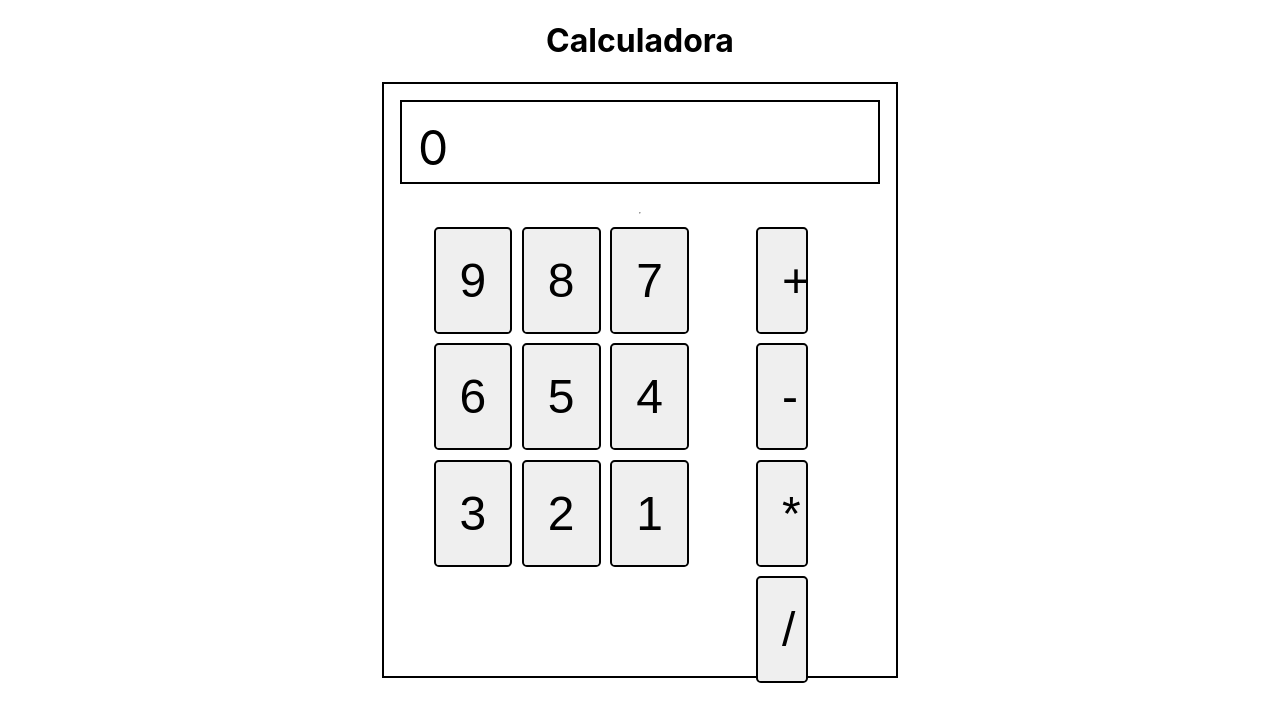
Repository: yamaka/curso-react-febrero-2022
Page: /
An editor plug-in stored every save of this project. The page is shown before and after the next save, followed by the edit.
The browser window is 1280 px wide. The pictures show the whole page.
The project was rebuilt for these pictures with package versions that can differ from the ones it lists, and the page was loaded fresh each time. Also part of the build but not shown: src/App.css, src/components/Zanahoria/Zanahoria.css, src/components/Zanahoria/Zanahoria.js, src/components/Zanahorias/Zanahorias.js, src/components/Lechuga/Lechuga.css, src/components/Lechuga/Lechuga.js, src/components/Calculadora/Calculadora.css, src/components/Calculadora/Calculadora.js and 4 more.

Above is the page before, as saved 2022-03-02 18:27:57.

### src/index.js
import React from 'react';
import ReactDOM from 'react-dom';
import './index.css';
import App from './App';
import reportWebVitals from './reportWebVitals';

ReactDOM.render(
  <React.StrictMode>
    <App />
  </React.StrictMode>,
  document.getElementById('root')
);

// If you want to start measuring performance in your app, pass a function
// to log results (for example: reportWebVitals(console.log))
// or send to an analytics endpoint. Learn more: https://bit.ly/CRA-vitals
reportWebVitals();

### src/App.js
import logo from './logo.svg';
import './App.css';
import Zanahorias from './components/Zanahorias/Zanahorias';
import Lechuga from './components/Lechuga/Lechuga';
import Calculadora from './components/Calculadora/Calculadora';
import CiclosVida from './components/CiclosVida/CiclosVida';
import CalculadoraHooks from './hooks/Calculadora/Calculadora'

function App() {
  return (
    <div style={{
      display: 'flex',
      flexDirection: 'column',
      justifyContent: 'center',
      alignItems: 'center'
    }}>
      {/* componentes sin estado  */}
      {/* <h1>Componentes sin estado  funcionales</h1>
      <h2>Verduleria</h2>
      <Zanahorias titulo={"zanahorias super economicas"} cantidad={3} />  */}
        {/* hacer lo mismo con lechugas */}
      {/* componentes con estado */}
      {/* <h1>componentes con estado como clase</h1>
      <Calculadora/> */}
      {/* <CiclosVida/> */}
      <CalculadoraHooks/>
    </div>
  );
}

export default App;

### src/hooks/Calculadora/Calculadora.js
//componentes como funcionales con estado
import React, { useState } from "react";
import Input from "../components/Input/Input";
import BotonNumerico from "../components/BotonNumerico/BotonNumerico";
import BotonOperacion from "../components/BotonOperacion/BotonOperacion";
import BotonIgual from "../components/BotonIgual/BotonIgual";

import "./Calculadora.css";

const Calculadora = () => {
  const [display, setDisplay] = useState("0");
  const [operandoA, setOperandoA] = useState(0);
  const [operandoB, setOperandoB] = useState(0);
  const [operacion, setOperacion] = useState("+");

  const onPressNumerico = (numero) => {
    if (operandoA == 0) {
      setOperandoA(numero);
      setDisplay(numero);
    } else {
      setOperandoB(numero);
      setDisplay(display + numero);
    }
  };

  const onPressOperacion = (operacion) => {
    setOperacion(operacion);
    setDisplay(display + operacion);
  };

  const calcular = () => {
    switch (operacion) {
      case "+":
        setDisplay((parseInt(operandoA) + parseInt(operandoB)).toString());
    }
  };

  return (
    <div className="container">
      <h1>Calculadora</h1>
      <div className="calculadora-container">
        <Input value={display} />
        <br />
        <hr />
        <div
          style={{
            display: "flex",
            flex: 1,
            flexDirection: "row",
            justifyContent: "space-around",
          }}
        >
          <div
            style={{ display: "flex", flexDirection: "column", width: "265px" }}
          >
            <div style={{ display: "flex", flexDirection: "row" }}>
              <BotonNumerico value="9" onPress={onPressNumerico} />
              <BotonNumerico value="8" onPress={onPressNumerico} />
              <BotonNumerico value="7" onPress={onPressNumerico} />
            </div>
            <div style={{ display: "flex", flexDirection: "row" }}>
              <BotonNumerico value="6" onPress={onPressNumerico} />
              <BotonNumerico value="5" onPress={onPressNumerico} />
              <BotonNumerico value="4" onPress={onPressNumerico} />
            </div>
            <div style={{ display: "flex", flexDirection: "row" }}>
              <BotonNumerico value="3" onPress={onPressNumerico} />
              <BotonNumerico value="2" onPress={onPressNumerico} />
              <BotonNumerico value="1" onPress={onPressNumerico} />
            </div>
          </div>
          <div
            style={{ display: "flex", flexDirection: "column", width: "100px" }}
          >
            <BotonOperacion operator="+" onPress={onPressOperacion} />
            <BotonOperacion operator="-" onPress={onPressOperacion} />
            <BotonOperacion operator="*" onPress={onPressOperacion} />
            <BotonOperacion operator="/" onPress={onPressOperacion} />
          </div>
        </div>
      </div>
    </div>
  );
};

export default Calculadora;

### src/hooks/components/Input/Input.js
import React from 'react'
import './Input.css'
//tarea que los numeros introduciodps vayan a la derecha

const Input = ({value}) => {
  return (
    <div className='input-container'><span>{value}</span></div>
  )
}

export default Input

### src/hooks/components/BotonNumerico/BotonNumerico.js
import React from 'react'
import './BotonNumerico.css';
const BotonNumerico = ({value, onPress}) => {
  return (
    <button className='boton-numerico' onClick={()=>onPress(value)}>{value}</button>
  )
}

export default BotonNumerico

### src/hooks/components/BotonOperacion/BotonOperacion.js
import React from 'react'
import './BotonOperacion.css';

const BotonOperacion = ({operator, onPress}) => {
  return (
    <button className='boton-operacion' onClick={()=> onPress(operator)}>{operator}</button>
  )
}

export default BotonOperacion

### src/hooks/Calculadora/Calculadora.css

.container{
    display: flex;
    flex: 1;
    flex-direction: column;
    align-items: center;

}
.calculadora-container{
    padding: 1rem;
    border: solid 1px;
    border-width: 2px;
    display: flex;
    flex-direction: column;
    width: 30rem;
    height: 35rem;
}

### src/hooks/components/Input/Input.css
.input-container{
    border: solid 1px;
    border-width: 2px;
    height: 3rem;
    font-size: 3rem;
    padding: 1rem;
}

### src/hooks/components/BotonNumerico/BotonNumerico.css
.boton-numerico {
  border: solid 2px;
  padding: 1.5rem;
  border-radius: 0.3rem;
  font-size: 3rem;

  margin: 0.3rem;
}

### src/hooks/components/BotonOperacion/BotonOperacion.css
.boton-operacion {
  border: solid 2px;
  padding: 1.5rem;
  border-radius: 0.3rem;
  font-size: 3rem;

  width: 1rem;
  margin: 0.3rem;
}

Loaded but not shown: public/index.html (common file); src/index.css (common file); src/reportWebVitals.js (common file)

After the next save:
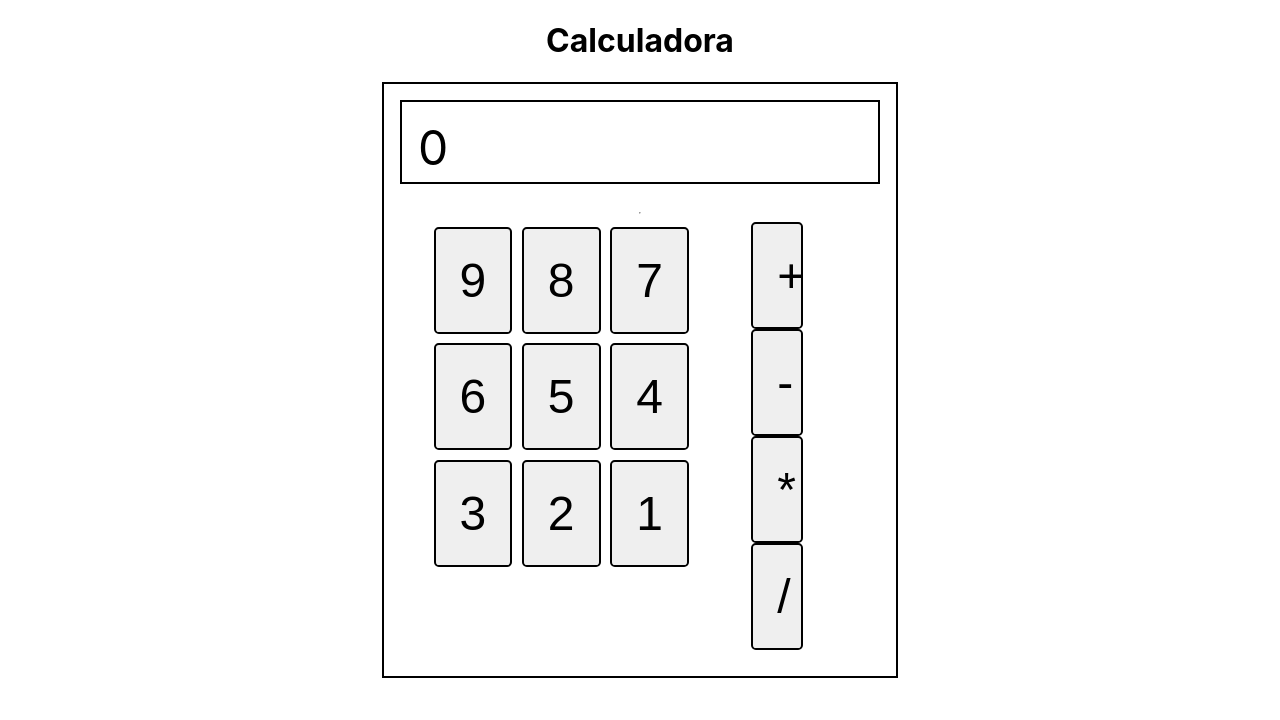
Saved 10 s later.
--- a/src/hooks/components/BotonOperacion/BotonOperacion.css
+++ b/src/hooks/components/BotonOperacion/BotonOperacion.css
@@ -5,5 +5,4 @@
   font-size: 3rem;
 
   width: 1rem;
-  margin: 0.3rem;
 }

After the save that followed:
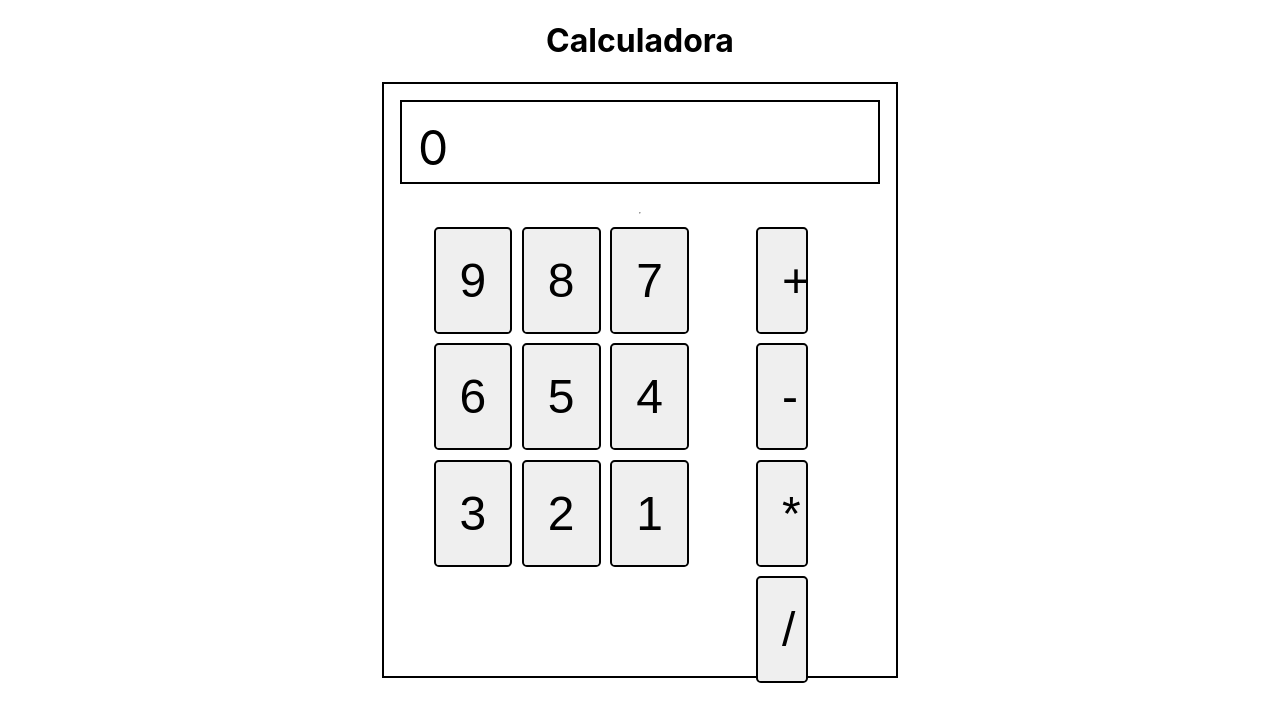
Saved 4 s later.
--- a/src/hooks/components/BotonOperacion/BotonOperacion.css
+++ b/src/hooks/components/BotonOperacion/BotonOperacion.css
@@ -5,4 +5,5 @@
   font-size: 3rem;
 
   width: 1rem;
+  margin: 0.3rem;
 }
